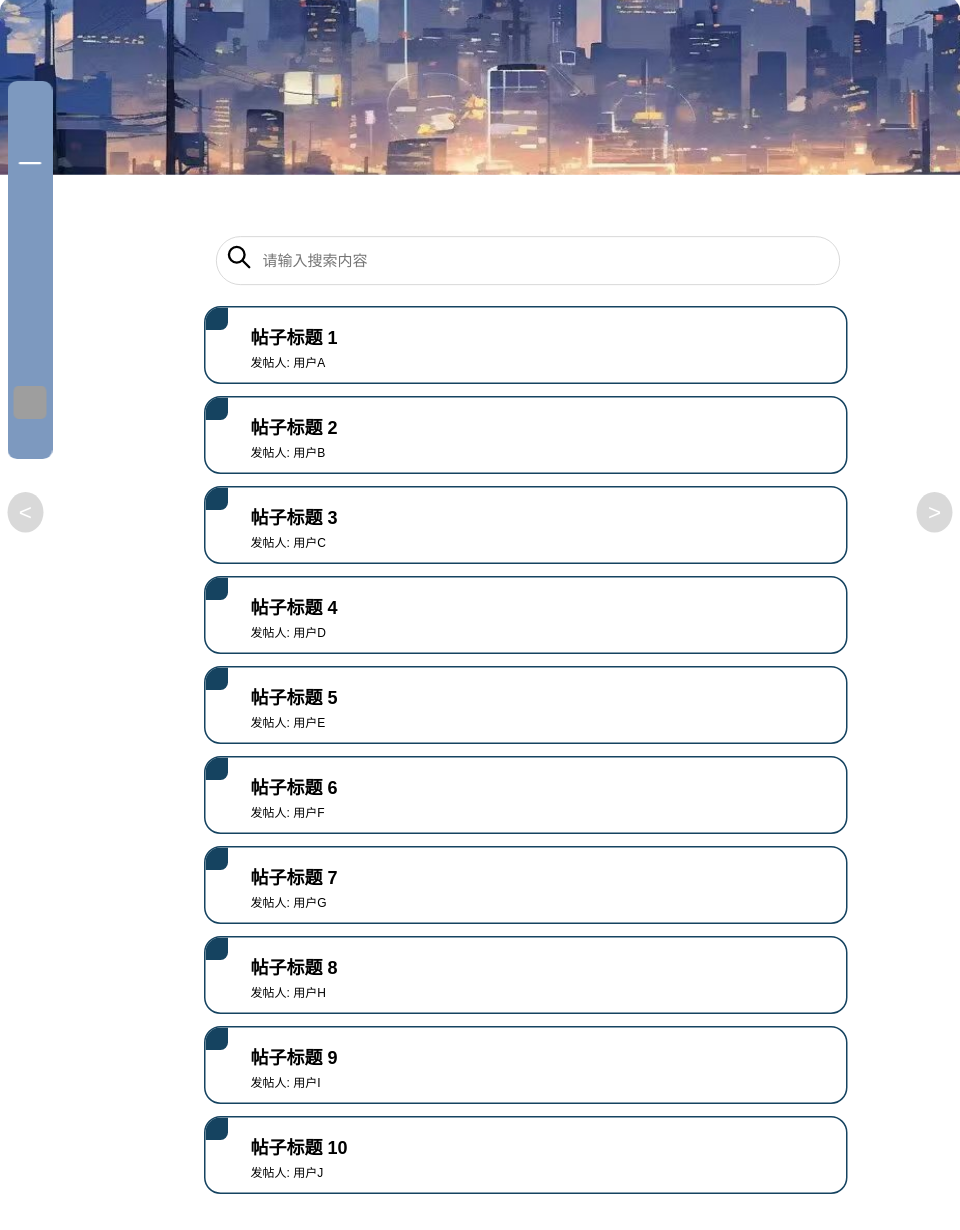
Repository: jyd777/web_program
Page: templates/base.html
An editor plug-in stored every save of this project. The page is shown before and after the next save, followed by the edit.
The browser window is 1280 px wide. The pictures show the whole page, at 75% of full size.
Pictures or frames that could not be fetched are drawn as grey boxes. The page's requests for data from a server got no answer. Backgrounds fixed to the window are drawn as part of the page.

Above is the page before, as saved 2024-05-21 16:50:12.

### templates/base.html
<!DOCTYPE html>
<html>
<head>
    <meta charset="UTF-8">
    <meta name="viewport" content="width=device-width, initial-scale=1.0">
    <link rel="stylesheet" href="../static/base.css">
    <link rel="stylesheet" href="../static/readingWelcomeNav.css">
    <title>论坛首页</title>
</head>
<body>

    <div class="navigation">
        <div class="nav-titleBox co zz">
            <!-- 占位符 -->
        </div>
    </div>
    <div class="search-container">
        <input type="text" class="search-box magnifying-glass" placeholder="  请输入搜索内容">
    </div>

    <div class="content">
        <div class="post">
            <h2>帖子标题 1</h2>
            <p>发帖人: 用户A</p>
        </div>
        <div class="post">
            <h2>帖子标题 2</h2>
            <p>发帖人: 用户B</p>
        </div>
        <div class="post">
            <h2>帖子标题 3</h2>
            <p>发帖人: 用户C</p>
        </div>
        <div class="post">
            <h2>帖子标题 4</h2>
            <p>发帖人: 用户D</p>
        </div>
        <div class="post">
            <h2>帖子标题 5</h2>
            <p>发帖人: 用户E</p>
        </div>
        <div class="post">
            <h2>帖子标题 6</h2>
            <p>发帖人: 用户F</p>
        </div>
        <div class="post">
            <h2>帖子标题 7</h2>
            <p>发帖人: 用户G</p>
        </div>
        <div class="post">
            <h2>帖子标题 8</h2>
            <p>发帖人: 用户H</p>
        </div>
        <div class="post">
            <h2>帖子标题 9</h2>
            <p>发帖人: 用户I</p>
        </div>
        <div class="post">
            <h2>帖子标题 10</h2>
            <p>发帖人: 用户J</p>
        </div>
    </div>
    <div class="pagination" id="pagination">
        <button>&lt;</button> <!-- 左箭头图标 -->
        <button>&gt;</button> <!-- 右箭头图标 -->
    </div>
    <nav class="menu">
        <div class="actionsBar">
            <div>
                <button id="menuBtn" type="button">
                    <i class="fa-solid fa-list iconstyle"></i>
                </button>
                <h3 class="menuText">Hello!</h3>
            </div>
        </div>
        <ul class="optionsBar">
            <li class="menuItem">
                <a href="#" class="menuOption">
                    <i class="fa-solid fa-house iconstyle"></i>
                    <h5 class="menuText">主页</h5>
                </a>
            </li>
            <li class="menuBreak">
                <hr>
            </li>
            <li class="menuItem">
                <a href="#" class="menuOption" type="button">
                    <i class="fa-regular fa-user iconstyle"></i>
                    <h5 class="menuText">我的温馨小家</h5>
                </a>
            </li>

            <li class="menuItem">
                <a href="#" class="menuOption" type="button">
                    <i class="fa-solid fa-arrow-up iconstyle"></i>
                    <h5 class="menuText">回到顶部</h5>
                </a>
            </li>
        </ul>
        <div class="about" id="about"></div>
        <div class="menuUser">
            <a href="#">
                <div>
                    <img src="/GGraph/eevee.jpg" alt="">
                </div>
                <h5 class="Username menuText">Casaruma</h5>
                <p class="menuText">
                    <i class="fa-solid fa-arrow-right iconstyle"></i>
                </p>
            </a>
        </div>
        <div class="themeBar">
            <div>
                <button type="button">
                    <i class="fa-solid fa-share iconstyle"></i>
                </button>
            </div>
        </div>
    </nav>
</body>

</html>
<script type="text/javascript" src="../static/readingWelcomeNav.js"></script>

### static/base.css
@import url("https://fonts.googleapis.com/css2?family=Poppins:wght@300;400;500;600;700&display=swap");

body {
    font-family: Arial, sans-serif;
  }

  .navigation {
    margin: -5px auto 0;
    width: 100%;
    background-color: transparsent;
    height: 300px;
    border-radius: 20px;
    background-image: url("./anvi.png");
    background-attachment: fixed;
    background-size: 100%;
    background-repeat: no-repeat;
    overflow: hidden;
    color: #fff;
}

  .search-container {
    display: flex;
    justify-content: center; /* 在水平方向上居中 */
    align-items: center; /* 在垂直方向上居中 */
    margin-top: 20px; /* 调整搜索栏距离上方的间距，根据需要调整 */
  }

  .search-box {
    position: relative;
    border: 1px solid #ccc;
    padding: 20px;
    width: 65%;
    left:5%;
    border-radius: 40px;
    font-size: 20px;
    background-image: linear-gradient(to right, transparent 15%, #ccc 15%, #ccc 85%, transparent 85%), linear-gradient(to right, transparent 15%, #ccc 15%, #ccc 85%, transparent 85%);
    background-size: 10px 100%, 10px 100%;
    background-position: 5% center;
  }
  .magnifying-glass {
    background-image: url('data:[embedded picture, 242 characters]');
    background-repeat: no-repeat;
    background-position: 10px center;
    padding-left: 50px;
    background-size: 6%;
  }


  .search-button {
    background-color: #ffffff;
    color: #11396E;
    padding: 10px 20px;
    margin-left: 10px;
    border: none;
    border-radius: 5px;
    cursor: pointer;
    font-weight: bold;
    width: 150px;
    height:50px;
    font-size: 20px;
  }

  .search-button:hover {
    background-color:  #F4D690;
    color:#fdfbe3;
  }


.content {
    padding: 30px;
}

.post {
    background-color: #ffffff;
    border-radius: 20px;
    padding: 20px;
    width: 70%;
    height: 100px;
    left: 20%;
    position: relative;
    overflow: hidden;
    outline: 2px solid #154360;
    margin-bottom: 20px;
}

.post::before {
    content: "";
    position: absolute;
    top: 0;
    left: 0;
    width: var(--arc-size, 30px);
    height: var(--arc-size, 30px);
    background-color: #154360;
    border-radius: 0 0 10px 0;
}

.post h2 {
    margin: 0;
    margin-left: 40px;
}
.post p {
    margin: 5px 0 0 0;
    margin-left: 40px;
}
.pagination {
    position: fixed;
    bottom: 0;
    width: 100%;
    background-color: transparent;
    padding: 10px;
    display: flex;
    justify-content: space-between;
}

.pagination button {
    padding: 10px 15px;
    border: none;
    background-color: rgba(0, 0, 0, 0.15);
    color: white;
    font-size: 30px;
    cursor: pointer;
    border-radius: 50%;
}

### static/readingWelcomeNav.css
* {
    margin: 0;
    padding: 0;
    box-sizing: border-box;
}

.iconfont {
    font-size: 20px;
}

.menu {
    position: fixed;
    width: 60px;
    height: 70vh;
    /* 设置高度的百分比 */
    background-color: #7D99BF;
    z-index: 2;
    top: 0;
    bottom: 0;
    left: 10px;
    margin: auto;
    border-radius: 0.8rem;
    transition: 0.3s ease 0.15s;
    font-family: sans-serif;
    display: flex;
    /* 设置为弹性布局 */
    flex-direction: column;
    /* 设置主轴为垂直方向 */
}

.menu a {
    text-decoration: none;
}

.menu .actionsBar {
    width: 100%;
    height: 10%;
    padding: 0.5rem;
    overflow: hidden;
}

.menu .actionsBar div {
    width: 100%;
    height: 100%;
    display: flex;
    align-items: center;
    justify-content: space-around;
    border-radius: 0.5rem;
    transition: 0.3s ease;
}

.menu .actionsBar div button {
    background-color: transparent;
    outline: none;
    border: none;
    border-radius: 0.5rem;
    color: #fff;
    width: 45px;
    height: 45px;
    transition: 0.3s ease;
    font-size: 1rem;
}

.menu .actionsBar div button:hover {
    background-color: #A8B7CA;
}

.menu .actionsBar div h3 {
    width: calc(100% - 45px);
    text-align: center;
}

.menu .optionsBar {
    overflow: hidden;
    display: flex;
    width: 100%;
    height: 60%;
    padding: 0 0.5rem;
    align-items: center;
    flex-direction: column;
}

.menu .optionsBar .menuItem {
    width: 100%;
    height: 45px;
    margin: 0.3rem;
}

.menu .optionsBar .menuItem .menuOption {
    font-size: 1rem;
    outline: none;
    border: none;
    background-color: transparent;
    width: 100%;
    height: 100%;
    display: flex;
    align-items: center;
    justify-content: space-around;
    border-radius: 0.5rem;
    transition: 0.3s ease;
}

.menu .optionsBar .menuItem .menuOption:hover {
    background-color: #A8B7CA;
}

.menu .optionsBar .menuItem .menuOption i {
    width: 45px;
    text-align: center;
    color: #fff;
}

.menu .optionsBar .menuItem .menuOption h5 {
    width: calc(100% - 45px);
}

.menu .optionsBar .menuItem .menuOption .iconstyle {
    font-size: 20px;
}

.menuText {
    color: rgba(255, 255, 255, 0.8);
    transform: translateX(-250px);
    opacity: 0;
    transition: transform 0.3s ease 0.1s;
    font-size: 15px;
    text-align: center;
}

.menu .about {
    width: 100%;
    height: 10%;
    display: flex;
    align-items: center;
    justify-content: flex-end;
    padding: 1rem;
    flex-direction: column;
    font-family: sans-serif;
    opacity: 0;
    white-space: nowrap;
    transition: 0.3s ease 0.15s;
}

.menu.open {
    width: 240px;
}

.menuText.open2 {
    opacity: 1;
    transform: translateX(0);
}

.menu .menuBreak {
    width: 100%;
    height: 10px;
    display: flex;
    align-items: center;
    justify-content: center;
}

.menu .menuBreak hr {
    width: 70%;
    height: 3px;
    background-color: #fff;
    border: none;
    border-radius: 5px;
}

.menu .themeBar {
    overflow: hidden;
    width: 100%;
    height: 10%;
    padding: 0.5rem;
}

.menu .themeBar div {
    width: 100%;
    height: 100%;
    display: flex;
    align-items: center;
    justify-content: space-around;
    border-radius: 0.5rem;
    transition: 0.3s ease;
}

.menu .themeBar div button {
    background-color: transparent;
    outline: none;
    border: none;
    border-radius: 0.5rem;
    color: #fff;
    width: 100%;
    height: 45px;
    transition: 0.3s ease;
    font-size: 1rem;
}

.menu .themeBar div button:hover {
    background-color: #A8B7CA;
}

.menu .menuUser {
    width: 100%;
    height: 10%;
}

.menu .menuUser a {
    width: 100%;
    height: 100%;
    display: flex;
    align-items: center;
    justify-content: space-between;
    text-decoration: none;
    padding: 0.5rem;
    position: relative;
}

.menu .menuUser a div {
    width: 45px;
    height: 45px;
    position: relative;
    border-radius: 0.5rem;
}

.menu .menuUser a div img {
    width: 100%;
    height: 100%;
    object-fit: cover;
    border-radius: 0.5rem;
}

.menu .menuUser a .Username {
    width: calc(70% - 45px);
}

.menu .menuUser a p {
    width: calc(30% - 45px);
}

.menu .menuUser a:hover p {
    animation: animArrow 0.3s ease 2;
}

@keyframes animArrow {
    0% {
        transform: translateX(0);
    }

    50% {
        transform: translateX(5px);
    }

    100% {
        transform: translateX(0);
    }
}

.menu .menuUser .userInfo {
    position: absolute;
    width: 20rem;
    height: 18rem;
    opacity: 0;
    pointer-events: none;
    top: 34%;
    left: 1.5rem;
    transition: 0.3s ease;
    transform: scale(0);
    transform-origin: bottom left;
}

.menu .menuUser:hover .userInfo {
    pointer-events: all;
    opacity: 1;
    transform: scale(1);
}

### static/readingWelcomeNav.js
const menuBtn = document.getElementById('menuBtn');
const menu = document.querySelector('.menu');
const menuText = document.querySelectorAll('.menuText');
menuBtn.addEventListener('click', () => {
    menu.classList.toggle('open');
    menuText.forEach(function (text, index) {
        setTimeout(() => {
            text.classList.toggle('open2');
        }, index * 50);
    });
});

After the next save:
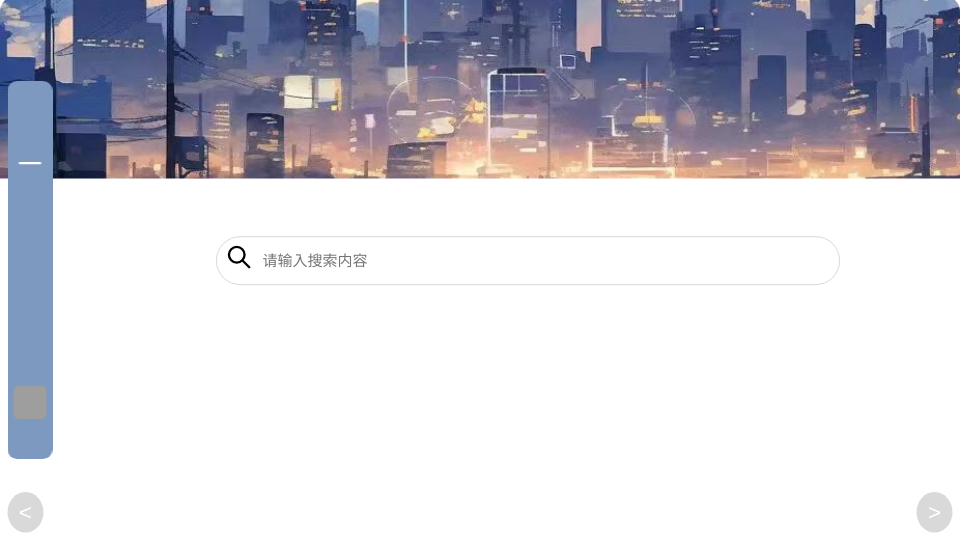
Saved 2 min 20 s later.
--- a/templates/base.html
+++ b/templates/base.html
@@ -15,54 +15,15 @@
         </div>
     </div>
     <div class="search-container">
-        <input type="text" class="search-box magnifying-glass" placeholder="  请输入搜索内容">
+        <input type="text" id="search-box" class="search-box magnifying-glass" placeholder="  请输入搜索内容">
     </div>
 
-    <div class="content">
-        <div class="post">
-            <h2>帖子标题 1</h2>
-            <p>发帖人: 用户A</p>
-        </div>
-        <div class="post">
-            <h2>帖子标题 2</h2>
-            <p>发帖人: 用户B</p>
-        </div>
-        <div class="post">
-            <h2>帖子标题 3</h2>
-            <p>发帖人: 用户C</p>
-        </div>
-        <div class="post">
-            <h2>帖子标题 4</h2>
-            <p>发帖人: 用户D</p>
-        </div>
-        <div class="post">
-            <h2>帖子标题 5</h2>
-            <p>发帖人: 用户E</p>
-        </div>
-        <div class="post">
-            <h2>帖子标题 6</h2>
-            <p>发帖人: 用户F</p>
-        </div>
-        <div class="post">
-            <h2>帖子标题 7</h2>
-            <p>发帖人: 用户G</p>
-        </div>
-        <div class="post">
-            <h2>帖子标题 8</h2>
-            <p>发帖人: 用户H</p>
-        </div>
-        <div class="post">
-            <h2>帖子标题 9</h2>
-            <p>发帖人: 用户I</p>
-        </div>
-        <div class="post">
-            <h2>帖子标题 10</h2>
-            <p>发帖人: 用户J</p>
-        </div>
+    <div class="content" id="content">
+        <!-- 帖子内容将由JavaScript动态加载 -->
     </div>
     <div class="pagination" id="pagination">
-        <button>&lt;</button> <!-- 左箭头图标 -->
-        <button>&gt;</button> <!-- 右箭头图标 -->
+        <button id="prev-page">&lt;</button> <!-- 左箭头图标 -->
+        <button id="next-page">&gt;</button> <!-- 右箭头图标 -->
     </div>
     <nav class="menu">
         <div class="actionsBar">
@@ -121,3 +82,103 @@
 
 </html>
 <script type="text/javascript" src="../static/readingWelcomeNav.js"></script>
+<script type="text/javascript">
+    document.addEventListener('DOMContentLoaded', (event) => {
+        let currentPage = 1; // 当前页码
+        const postsPerPage = 10; // 每页显示的帖子数
+        let allPosts = []; // 存储所有帖子的数组
+
+        // 加载所有帖子
+        const loadAllPosts = () => {
+            const endpoint = '/all_blogs'; // 后端接口地址
+
+            // 发送请求到后端获取所有帖子数据
+            fetch(endpoint, {
+                method: 'GET',
+                headers: {
+                    'Content-Type': 'application/json'
+                }
+            })
+            .then(response => response.json()) // 解析JSON响应
+            .then(data => {
+                allPosts = data.posts; // 将所有帖子数据存储到allPosts数组中
+                loadPosts(); // 加载当前页的帖子
+            })
+            .catch(error => console.error('Error:', error)); // 捕获并打印错误
+        };
+
+        // 根据当前页码加载帖子
+        const loadPosts = () => {
+            const contentDiv = document.getElementById('content'); // 获取内容容器
+            contentDiv.innerHTML = ''; // 清空现有内容
+
+            // 计算当前页显示的帖子范围
+            const startIndex = (currentPage - 1) * postsPerPage;
+            const endIndex = startIndex + postsPerPage;
+            const postsToDisplay = allPosts.slice(startIndex, endIndex); // 获取当前页的帖子
+
+            // 遍历当前页的帖子，创建帖子元素并添加到内容容器中
+            postsToDisplay.forEach(post => {
+                const postDiv = document.createElement('div');
+                postDiv.className = 'post';
+                postDiv.innerHTML = `<h2>${post.title}</h2><p>${post.username}</p>`; //显示每条帖子的标题和发帖人
+                contentDiv.appendChild(postDiv);
+            });
+        };
+
+        // 处理上一页按钮点击事件
+        document.getElementById('prev-page').addEventListener('click', () => {
+            if (currentPage > 1) {
+                currentPage--; // 页码减一
+                loadPosts(); // 加载上一页内容
+            }
+        });
+
+        // 处理下一页按钮点击事件
+        document.getElementById('next-page').addEventListener('click', () => {
+            if (currentPage * postsPerPage < allPosts.length) {
+                currentPage++; // 页码加一
+                loadPosts(); // 加载下一页内容
+            }
+        });
+
+        // 搜索框部分
+        document.getElementById('search-box').addEventListener('keypress', (event) => {
+            if (event.key === 'Enter') {
+                const keyword = event.target.value; // 获取搜索框内容
+
+                // 向后端发送搜索请求
+                fetch('/search_blogs', {
+                    method: 'POST',
+                    headers: {
+                        'Content-Type': 'application/json'
+                    },
+                    body: JSON.stringify({ keyword: keyword }) // 发送包含关键词的请求体
+                })
+                .then(response => response.json()) // 解析JSON响应
+                .then(data => {
+                    const filteredPosts = data.posts; // 获取过滤后的帖子数据
+                    displayFilteredPosts(filteredPosts); // 显示过滤后的帖子
+                })
+                .catch(error => console.error('Error:', error)); // 捕获并打印错误
+            }
+        });
+
+        // 显示过滤后的帖子
+        const displayFilteredPosts = (filteredPosts) => {
+            const contentDiv = document.getElementById('content'); // 获取内容容器
+            contentDiv.innerHTML = ''; // 清空现有内容
+
+            // 遍历过滤后的帖子，创建帖子元素并添加到内容容器中
+            filteredPosts.forEach(post => {
+                const postDiv = document.createElement('div');
+                postDiv.className = 'post';
+                postDiv.innerHTML = `<h2>${post.title}</h2><p>${post.username}</p>`;
+                contentDiv.appendChild(postDiv);
+            });
+        };
+
+        // 初次加载所有帖子
+        loadAllPosts();
+    });
+</script>
